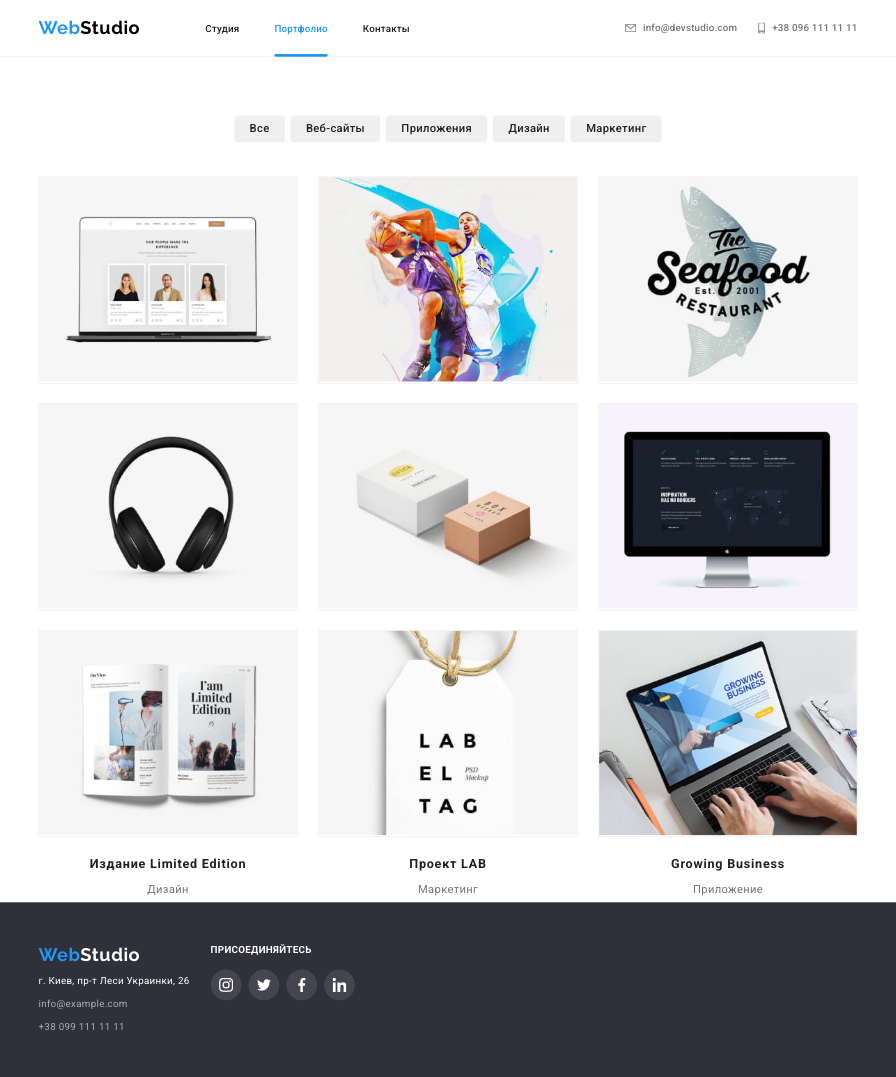
Repository: UliyaKucherernko/home-work-8
Page: porfolio.html
These files come from the project's save history. The page is drawn as it stood at one moment and after the next save; the edit follows.
The browser window is 1280 px wide. The pictures show the whole page, at 70% of full size.

Above is the page before, as saved 2021-04-14 00:25:18.

### porfolio.html
<!DOCTYPE html>
<html lang="en">
<head>
    <!-- Служебная информация -->
    <meta charset="UTF-8">
    <meta http-equiv="X-UA-Compatible" content="IE=edge">
    <meta name="viewport" content="width=device-width, initial-scale=1.0">
    <title>homework5</title>
    <link rel="preconnect" href="https://fonts.gstatic.com">
    <link href="https://fonts.googleapis.com/css2?family=Raleway:wght@700&family=Roboto:wght@400;500;700;900&display=swap" rel="stylesheet">
    <link rel="stylesheet" href="./css/styles.css">
</head>
<body>

   <header class="header">
      <div class="container">
         <!-- Шапка -->
         <nav class="navigation">
            <a class="link logo-header" href="index.html">
               <span class="web">Web</span><span class="studio">Studio</span></a>
            <ul class="list menu">
               <li class="menu-item">
                  <a href="./index.html" class="link link-title menu-link">Студия</a>
               </li>
               <li class="menu-item">
                  <a href="./porfolio.html" class="link link-title menu-link current">Портфолио</a>
               </li>
               <li class="menu-item">
                  <a class="link link-title menu-link" href="">Контакты</a>
               </li>
            </ul>
         </nav>
         <ul class="list header-adress">
            <li class="contact-item">
               <a class="link contact-links menu-adress" href="mailto:info@devstudio.com">
                  <svg class="icon-header" width="16" height="12">
                     <use href="./images/icons-sprite.svg#icon-mail"></use>
                  </svg>
                  info@devstudio.com
               </a>
            </li>
            <li class="contact-item">
               <a class="link contact-links menu-adress" href="tel:+380961111111">
                  <svg class="icon-header" width="10" height="16">
                     <use href="./images/icons-sprite.svg#icon-phone"></use>
                  </svg>
                  +38 096 111 11 11
               </a>
            </li>
         </ul>
      </div>
   </header>

     <!--что входит в портфолио-->
    <main>
      <section class="gallery">
         <div class="container">
          <ul class="list gallery-btns">
              <li><button class="button-filtr" type="button">Все</button></li>
              <li><button class="button-filtr" type="button">Веб-сайты</button></li>
              <li><button class="button-filtr" type="button">Приложения</button></li>
              <li><button class="button-filtr" type="button">Дизайн</button></li>
              <li><button class="button-filtr" type="button">Маркетинг</button></li>
          </ul>



           <!--  <div class="gallery-thumb"> -->
               <!-- <div class="gallery-overlay">
                  <p class="gallery-text-overlay">Технокряк это современная площадка распространения коронавируса.
                     Компании используют эту платформу для цифрового
                  шпионажа и атак на защищённые сервера конкурентов.</p>
               </div> -->
               <ul class="list grid gallery-list">
                <li class="gallery-card"><img src="./images/1-monitor.jpg" alt="на мониторе 3 фотокарточки людей" width="368">
                <div class="gallery-names">
                       <h3 class="filtrs">Технокряк</h3>
                       <p class="main-filtrs">Веб-сайт</p>
                </div>
               </li>


                  <li class="gallery-card"><img src="./images/2-nba.jpg" alt="2 прня играют в баскетбол" width="368">
                     <div class="gallery-names">
                         <h3 class="filtrs">Постер New Orlean vs Golden Star</h3>
                        <p class="main-filtrs">Дизайн</p>
                      </div>
                  </li>

               <li class="gallery-card"><img src="./images/3-seafood.jpg" alt="рыбный ресторан" width="368">
                      <div class="gallery-names">
                         <h3 class="filtrs">Ресторан Seafood</h3>
                       <p class="main-filtrs">Приложение</p>
                   </div>
                  </li>

                  <li class="gallery-card"><img src="./images/4-prime.jpg" alt="наушники" width="368">
                     <div class="gallery-names">
                        <h3 class="filtrs">Проект Prime</h3>
                        <p class="main-filtrs">Маркетинг</p>
                     </div>
                     </li>

                  <li class="gallery-card"><img src="./images/5-boxes.jpg" alt="2 коробки разного размера" width="368">
                     <div class="gallery-names">
                        <h3 class="filtrs">Проект Boxes</h3>
                        <p class="main-filtrs">Приложение</p>
                     </div>
                     </li>

                  <li class="gallery-card"><img src="./images/6-borders.jpg" alt="монитор борд с картой мира" width="368">
                     <div class="gallery-names">
                        <h3 class="filtrs">Inspiration has no Borders</h3>
                        <p class="main-filtrs">Веб-сайт</p>
                     </div>
                     </li>

                  <li class="gallery-card"><img src="./images/7-magazine.jpg" alt="журнал" width="368">
                     <div class="gallery-names">
                        <h3 class="filtrs">Издание Limited Edition</h3>
                        <p class="main-filtrs">Дизайн</p>
                     </div>
                     </li>

                  <li class="gallery-card"><img src="./images/8-labels.jpg" alt="белая этикетка бирка" width="368">
                     <div class="gallery-names">
                        <h3 class="filtrs">Проект LAB</h3>
                        <p class="main-filtrs">Маркетинг</p>
                     </div>
                     </li>

                  <li class="gallery-card"><img src="./images/9-nout.jpg" alt="печатают на ноуте" width="368">
                     <div class="gallery-names">
                        <h3 class="filtrs">Growing Business</h3>
                        <p class="main-filtrs">Приложение</p>
                     </div>
                     </li>
                  </ul>
           </div>
     </section>
    </main>

   <!--подвал-->
   <footer class="footer-dark-bg">
      <div class="container">
         <div class="grid">
            <div class="grid-item-3">
               <a class="link footer-logo" href="index.html">
                  <span class="web">Web</span><span class="studio-footer">Studio</span></a>
               <address>
                  <ul class="footer-list">
                     <li><a href="" class="link footer-adress">г. Киев, пр-т Леси Украинки, 26</a></li>
                     <li><a href="mailto:info@example.com" class="link footer-social">info@example.com</a></li>
                     <li><a href="+380991111111" class="link footer-social">+38 099 111 11 11</a></li>
                  </ul>
               </address>
            </div>

            <div class="grid-item-3">
               <div class="card-footer">
                  <p class="f-sleng">присоединяйтесь</p>
               </div>
               <ul class="d-inline-flex">
                  <li class="social-icon-item">
                     <a href="" class="social-icon-link foo-icon">
                        <svg>
                           <use href="./images/icons-sprite.svg#icon-instagram"></use>
                        </svg>
                     </a>
                  </li>
                  <li class="social-icon-item">
                     <a href="" class="social-icon-link foo-icon">
                        <svg>
                           <use href="./images/icons-sprite.svg#icon-twitter"></use>
                        </svg>
                     </a>
                  </li>
                  <li class="social-icon-item">
                     <a href="" class="social-icon-link foo-icon">
                        <svg>
                           <use href="./images/icons-sprite.svg#icon-facebook"></use>
                        </svg>
                     </a>
                  </li>
                  <li class="social-icon-item">
                     <a href="" class="social-icon-link foo-icon">
                        <svg>
                           <use href="./images/icons-sprite.svg#icon-linkedin"></use>
                        </svg>
                     </a>
                  </li>
               </ul>
            </div>

         </div>
         <!-- <div class="card-footer-news">
                       <p class="news-title">подпишитесь на рассылку</p>
                     </div> -->
      </div>
   </footer>
   </body>

   </html>

### css/styles.css
/*-----Утилиты----------*/
:root {
  --main-text-color: #757575;
  --accent-color: #2196f3;
  --title-color: #212121;
  --dark-bg-color: #2f303a;
  --content-color: #ffffff;
  --team-color: #f5f4fa;
  --social-color: #afb1b8;
}

.grid-item-1 {
  --grid-item: 12;
}

.grid-item-2 {
  --grid-item: 6;
}

.grid-item-3 {
  --grid-item: 4;
}

.grid-item-4 {
  --grid-item: 3;
}

.grid-item-6 {
  --grid-item: 2;
}

.grid-item-12 {
  --grid-item: 1;
}

:focus {
  outline: none;
}

*,
::after,
::before {
  box-sizing: inherit;
}

.web {
  color: var(--accent-color);
}
.studio {
  color: #000000;
}

.studio-footer {
  color: var(--content-color);
}

address {
  font-style: normal;
}

body {
  font-family: "Roboto", sans-serif;
  font-size: 14px;
  font-weight: 500;
  line-height: 16px;
  letter-spacing: 0.02em;
  text-align: left;
  color: var(--main-text-color);
  margin: 0;
}

.link {
  text-decoration: none;
  color: inherit;
}

.container {
  width: 1200px;
  padding-left: 15px;
  padding-right: 15px;
  margin-right: auto;
  margin-left: auto;
  box-sizing: border-box;
  /* background-color:gray; */
}

.grid {
  display: flex;
  flex-wrap: wrap;
  gap: 30px;
}

.grid-item {
  flex-basis: calc((100% - 30px * var(--grid-item)) / var(--grid-item));
}

button {
  cursor: pointer;
  font-family: inherit;
}

h1,
h2,
h3,
h4,
h5,
h6,
p,
ul,
li {
  margin: 0;
  padding: 0;
}
/*Конец Утилит*/

.list {
  display: flex;
  justify-content: center;
  margin-top: 0;
  margin-bottom: 0;
  padding-left: 0;

  list-style: none;
}

.section-title {
  margin-top: 0;
  margin-bottom: 0;
  text-align: center;
  font-weight: 700;
  font-size: 36px;
  line-height: 1.16;
  letter-spacing: 0.03em;
  color: var(--title-color);
}

/*--------требование к команде------------*/

.all-feature {
  padding-top: 94px;
  padding-bottom: 94px;
}

.feature {
  display: inline-block;
  width: 270px;
  height: 251px;
  /* background-color: var(--team-color);
  border-radius: 4px; */
}

.feature-icon {
  display: flex;
  justify-content: center;
  align-items: center;
  background-color: var(--team-color);
  border-radius: 4px;
  width: 270px;
  height: 120px;
}

.feature-icon svg {
  width: 70px;
  height: 70px;
}

.feature:not(:last-child) {
  margin-right: 30px;
}

.main-team-feature {
  margin-top: 30px;
  font-weight: 700;
  font-size: 14px;
  line-height: 1.14;
  letter-spacing: 0.03em;
  text-transform: uppercase;
  color: var(--title-color);
}

.team-feature {
  margin-top: 12px;
  margin-bottom: 0;
  font-weight: 400;
  font-size: 14px;
  line-height: 1.71;
  letter-spacing: 0.03em;
  color: var(--main-text-color);
  font-size: 14px;
  line-height: 1.71;
  letter-spacing: 0.03em;
  color: var(--main-text-color);
}

/*.visually-hidden {
  position: absolute;
  {
  display: block;
  content: "";
  width: 270px;
  height: 120px;
  background-color: var(--team-color);
  border-radius: 4px;
}px;
  margin: -1px;
  border: 0;
  p
.link.current {
  color: var(--accent-color);
}*/

/* ------3 box---------- */
.content {
  position: absolute;

  display: flex;
  justify-content: center;
  align-items: center;
  font-weight: bold;
  line-height: 1.14;
  text-transform: uppercase;
  top: 224px;
  right: 0;
  width: 100%;
  height: 70px;
  color: var(--content-color);
  background-color: rgba(47, 48, 58, 0.8);
}
.boxes {
  margin-top: 50px;
}

.box-product {
  position: relative;
}

/*----------HERO----------  */

.hero-dark-bg {
  max-width: 1600px;
  height: 600px;
  margin-left: auto;
  margin-right: auto;
  padding: 200px 0;
  box-sizing: border-box;
  background: #c4c4c4;
}

.hero-title {
  margin-top: auto;
  margin-bottom: 30px;
  margin-left: auto;
  margin-right: auto;
  width: 696px;
  height: 120px;
  font-weight: 900;
  font-size: 44px;
  line-height: 1.36;

  letter-spacing: 0.06em;
  text-transform: uppercase;
  text-align: center;
  color: var(--content-color);
}

.overlay {
  max-width: 1600px;
  height: 600px;

  margin-left: auto;
  margin-right: auto;
  background-image: linear-gradient(
      to right,
      rgba(47, 48, 58, 0.4),
      rgba(47, 48, 58, 0.4)
    ),
    url(../images/team-overlay.jpg);
  background-repeat: no-repeat;
  background-position: center;
  background-size: cover;
}

.hero {
  display: flex;
  flex-direction: column;
  justify-content: center;
  align-items: center;
}

.hero-button {
  padding: 10px 32px;
  min-width: 136px;
  font-weight: 700;
  font-size: 16px;
  line-height: 1.87;
  letter-spacing: 0.06em;
  background: var(--accent-color);
  border-radius: 4px;
  border: 0;
  color: #ffffff;
}

/* -----BUTTON GALLERY----- */

.button-filtr {
  border: 0;
  border-radius: 4px;
  padding: 6px 22px;
  font-weight: 500;
  font-size: 16px;
  line-height: 1.62;
  letter-spacing: 0.03em;
  color: var(--title-color);
}

.button-filtr:hover,
.button-filtr:focus {
  box-shadow: 0px 3px 1px rgba(0, 0, 0, 0.1), 0px 1px 2px rgba(0, 0, 0, 0.08),
    0px 2px 2px rgba(0, 0, 0, 0.12);
  transition-duration: 250ms;
  transition-timing-function: cubic-bezier(0.4, 0, 0.2, 1);
}

.gallery-btns li:not(:last-child) .button-filtr {
  margin-right: 8px;
}

button:hover,
button:focus {
  background: var(--accent-color);
  color: #fff;
  transition-duration: 250ms;
  transition-timing-function: cubic-bezier(0.4, 0, 0.2, 1);
}

.gallery-list {
  padding-bottom: 94px;
  margin-top: 50px;
}

.gallery {
  padding-top: 84px;
}

.gallery-names {
  padding: 20px 24px 20px 24px;
}
.gallery-card {
  --grid-item: 3;
  text-align: center;
  width: 370px;
  height: 294px;
  box-sizing: border-box;
  background: var(--content-color);
  outline: 1px solid #eeeeee;
}

.gallery-card:hover,
.gallery-card:focus {
  box-shadow: 0px 1px 1px rgba(0, 0, 0, 0.12), 0px 4px 4px rgba(0, 0, 0, 0.06),
    1px 4px 6px rgba(0, 0, 0, 0.16);
  transition-duration: 250ms;
  transition-timing-function: cubic-bezier(0.4, 0, 0.2, 1);
}

.filtrs {
  margin-bottom: 4px;
  font-weight: 700;
  font-size: 18px;
  line-height: 2;
  letter-spacing: 0.06em;
  color: var(--title-color);
}

.main-filtrs {
  font-weight: 400;
  font-size: 16px;
  line-height: 1.87;
  letter-spacing: 0.03em;
  color: var(--main-text-color);
}

.work {
  padding-top: 94px;
  padding-bottom: 94px;
}

.social-icons .icon {
  width: 20px;
  height: 20px;
  fill: var(--social-color);
}

.d-inline-flex {
  display: inline-flex;
}
/*
.gallery-thumb {
  position: relative;
  overflow: hidden;
}

.gallery-overlay {
  position: absolute;
  display: flex;
  align-items: center;
  width: 100%;
  height: 100%;
}

.gallery-text-overlay {
  font-size: 18px;
  max-width: 340px;
  padding-left: 24px;
  line-height: 1.56;
  color: var(--content-color);
}

.gallery-thumb::before {
  display: inline-block;
  content: "";

  position: absolute;
  top: 0;
  left: 0;
  width: 370px;
  height: 294px;
  background-color: rgba(33, 150, 243, 0.9);
  opacity: 0;
}

.gallery-list:hover .gallery-thumb::before {
  transform: translateY(0);
} */

/* -------команда имена карточки соц иконки----------- */

.team-card {
  --grid-item: 4;
  text-align: center;
  background: white;
  width: 270px;
  height: 428px;
  box-sizing: border-box;
  box-shadow: 0px 1px 3px rgb(0 0 0 / 12%), 0px 1px 1px rgb(0 0 0 / 14%),
    0px 2px 1px rgb(0 0 0 / 20%);
  border-radius: 0px 0px 4px 4px;
}

.team {
  padding-top: 94px;
  padding-bottom: 94px;
  box-sizing: border-box;
  background: var(--team-color);
}

.team-card:not(:last-child) {
  margin-right: 30px;
}

.team-names {
  padding: 30px 0;
}

.names {
  margin-bottom: 10px;
  font-weight: 500;
  font-size: 16px;
  line-height: 1.18;
  letter-spacing: 0.03em;
  color: var(--title-color);
}

.team-profession {
  margin-top: 10px;
  margin-bottom: 16px;
  font-weight: 400;
  font-size: 16px;
  line-height: 1.18;
  letter-spacing: 0.03em;
  color: var(--main-text-color);
}

.team-body {
  display: flex;
  justify-content: center;
  margin-top: 50px;
  list-style: none;
}

.team-body .team-item:not(:last-child) {
  margin-right: 30px;
}

.social-icon-item {
  display: block;
}

.social-icon-item svg {
  width: 20px;
  height: 20px;
}

.social-icon-item:not(:last-child) {
  margin-right: 10px;
}

.social-icon-link {
  display: flex;
  justify-content: center;
  align-items: center;
  width: 44px;
  height: 44px;
  border-radius: 50%;
}

.social-icon-link.team-icon {
  background: var(--content-color);
}

.social-icon-link.team-icon:hover svg,
.social-icon-link.team-icon:focus svg {
  fill: var(--content-color);
  transition-duration: 250ms;
  transition-timing-function: cubic-bezier(0.4, 0, 0.2, 1);
}

.social-icon-link.team-icon svg {
  fill: var(--social-color);
}

.social-icon-link.foo-icon svg {
  fill: var(--content-color);
}

.social-icon-link.foo-icon {
  background: rgba(255, 255, 255, 0.1);
}

.social-icon-link:hover,
.social-icon-link:focus {
  background-color: var(--accent-color);
  transition-duration: 250ms;
  transition-timing-function: cubic-bezier(0.4, 0, 0.2, 1);
}

.social-icon-link.team-icon:hover .icon,
.social-icon-link.team-icon:focus .icon {
  fill: var(--content-color);
  transition-duration: 250ms;
  transition-timing-function: cubic-bezier(0.4, 0, 0.2, 1);
}

/* ------постоянные клиенты-------- */

.cl {
  padding-top: 94px;
  padding-bottom: 94px;
}

.cl-item .cl-logo {
  fill: var(--social-color);
}

.cl-item {
  display: flex;
}

.social-icons .cl-logo {
  fill: var(--social-color);
}

.cl-link:hover .cl-logo,
.cl-link:focus .cl-logo {
  fill: var(--accent-color);
  transition-duration: 250ms;
  transition-timing-function: cubic-bezier(0.4, 0, 0.2, 1);
}

.item-cl:not(:last-child) {
  margin-right: 30px;
}

.cl-link {
  margin-top: 50px;
  display: flex;
  justify-content: center;
  align-items: center;
  width: 170px;
  height: 90px;
  border: 1px solid #afb1b8;
  border-radius: 4px;
}

.cl-link:hover,
.cl-link:focus {
  border: 1px solid var(--accent-color);
  transition-duration: 250ms;
  transition-timing-function: cubic-bezier(0.4, 0, 0.2, 1);
}

.cl-link .navigation {
  display: flex;
  align-items: center;
  margin-right: auto;
}

/* -------------ХЕДЕР-------------- */

.navigation {
  display: flex;
  align-items: center;
  margin-right: auto;
}

.header {
  border-bottom: 1px solid #eeeeee;

  color: var(--title-color);
}

.header .container {
  display: flex;
  justify-content: flex-end;
  align-items: center;
}

.header-adress {
  font-weight: 500;
  font-size: 14px;
  line-height: 1.14;
  letter-spacing: 0.02em;
  color: var(--main-text-color);
}
.logo-header {
  margin-right: 93px;

  font-family: Raleway;
  font-weight: 700;
  font-size: 26px;
  line-height: 1.19;
  letter-spacing: 0.03em;
}

.current {
  color: var(--accent-color);
}
.menu {
  display: inline-flex;
}

.link-title {
  position: relative;
  padding-bottom: 32px;
  padding-left: 0;
  padding-right: 0;
  transition-property: color;
}
.menu-link {
  display: block;
  padding-top: 32px;
  padding-bottom: 32px;
  padding-left: 0;
  padding-right: 0;
  transition-property: color;
  transition-duration: 250ms;
  transition-timing-function: cubic-bezier(0.4, 0, 0.2, 1);
}
.current::after {
  content: "";
  position: absolute;
  display: block;
  width: 100%;
  height: 4px;
  border-radius: 2px;
  left: 0;
  bottom: -1px;
  background-color: var(--accent-color);
}

.menu-item:not(:last-child) {
  margin-right: 50px;
}

.menu-adress:not(:last-child) {
  margin-right: 50px;
}

.menu-adress:hover,
.menu-adress:focus {
  color: var(--accent-color);
  transition-duration: 250ms;
  transition-timing-function: cubic-bezier(0.4, 0, 0.2, 1);
}

.contact-item:not(:last-child) {
  margin-right: 30px;
}

.icon-header {
  fill: var(--main-text-color);
}

.header-adress .icon-header {
  margin-right: 10px;
  stroke: var(--main-text-color);
}

.link-title:hover,
.link-title:focus {
  color: var(--accent-color);
  transition-duration: 250ms;
  transition-timing-function: cubic-bezier(0.4, 0, 0.2, 1);
}

.contact-links {
  display: flex;
  align-items: center;
}

.contact-links:hover .icon-header,
.contact-links:focus .icon-header {
  stroke: var(--accent-color);
  transition-duration: 250ms;
  transition-timing-function: cubic-bezier(0.4, 0, 0.2, 1);
}

.contact-links .footer-list {
  margin-top: 20px;
  list-style: none;
}

/* ---------------------ФУТЕР---------------- */

.f-block {
  --grid-item: 2;
  align-self: baseline;
}

.footer-list li {
  margin-top: 9px;
  list-style: none;
}

.footer-dark-bg {
  padding: 60px 0;
  box-sizing: border-box;
  background: var(--dark-bg-color);
}

.footer-social {
  font-weight: 400;
  font-size: 14px;
  line-height: 1.71;
  letter-spacing: 0.03em;
  color: rgba(255, 255, 255, 0.6);
}

.footer-adress {
  font-weight: 400;
  font-size: 14px;
  line-height: 1.71;
  letter-spacing: 0.03em;
  color: #ffffff;
}

.footer-logo {
  font-family: Raleway;
  font-weight: 700;
  font-size: 26px;
  line-height: 1.19;
  letter-spacing: 0.03em;
}

.f-sleng {
  margin-bottom: 20px;
  font-weight: 700;
  font-size: 14px;
  line-height: 1.14;
  letter-spacing: 0.03em;
  text-transform: uppercase;
  color: var(--content-color);
}

/* ------МОДАЛЬНОЕ ОКНО------- */
.backdrop {
  position: fixed;
  width: 100%;
  height: 100%;
  left: 0px;
  top: 0px;

  background: rgba(0, 0, 0, 0.2);
}

.backdrop.is-hidden {
  opacity: 0;
  pointer-events: none;
}

.modal {
  position: absolute;
  top: 50%;
  left: 50%;
  transform: translate(-50%, -50%);

  width: 528px;
  height: 581px;
  box-shadow: 0px 1px 3px rgba(0, 0, 0, 0.12), 0px 1px 1px rgba(0, 0, 0, 0.14),
    0px 2px 1px rgba(0, 0, 0, 0.2);
  border-radius: 4px;
  background-color: var(--content-color);
  transform: translate(-50%, -50%) scale(1);
  transition: transform 250ms cubic-bezier(0.4, 0, 0.2, 1);
}

.modal:hover {
  transform: translate(-50%, -50%) scale(1);
  transition: transform 250ms cubic-bezier(0.4, 0, 0.2, 1);
}

.modal-button {
  position: absolute;
  width: 30px;
  height: 30px;
  right: 8px;
  top: 8px;
  display: flex;
  justify-content: center;
  align-items: center;

  background: var(--content-color);
  border: 1px solid rgba(0, 0, 0, 0.1);
  box-sizing: border-box;
  border-radius: 50%;
}

.icon-close {
  position: absolute;
  top: 50%;
  left: 50%;
  transform: translate(-50%, -50%);
  cursor: pointer;
  transition-property: fill;
  transition-duration: 250ms;
  transition-timing-function: cubic-bezier(0.4, 0, 0.2, 1);
}

After the next save:
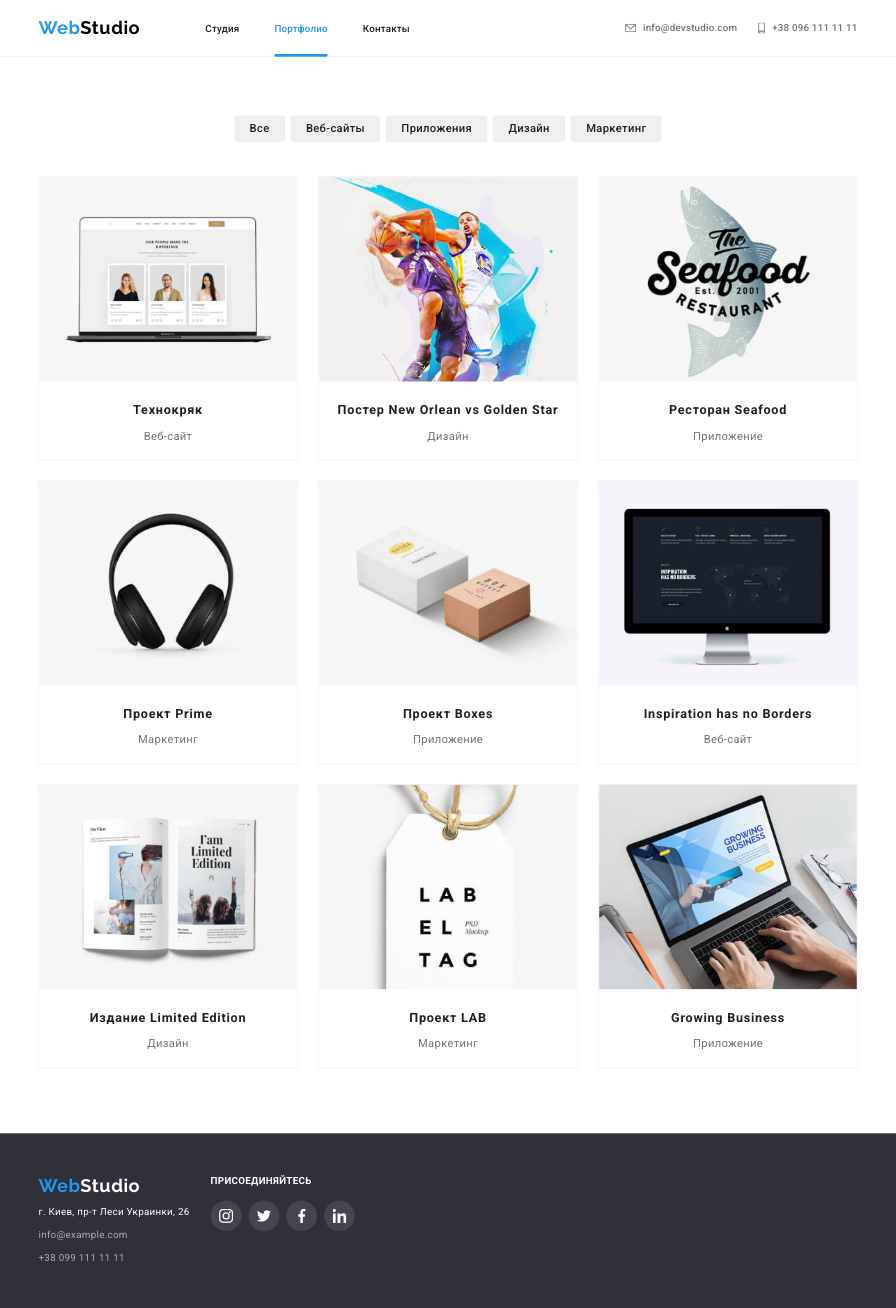
Saved 2 min 7 s later.
--- a/css/styles.css
+++ b/css/styles.css
@@ -349,7 +349,7 @@ button:focus {
   --grid-item: 3;
   text-align: center;
   width: 370px;
-  height: 294px;
+  height: 404px;
   box-sizing: border-box;
   background: var(--content-color);
   outline: 1px solid #eeeeee;
